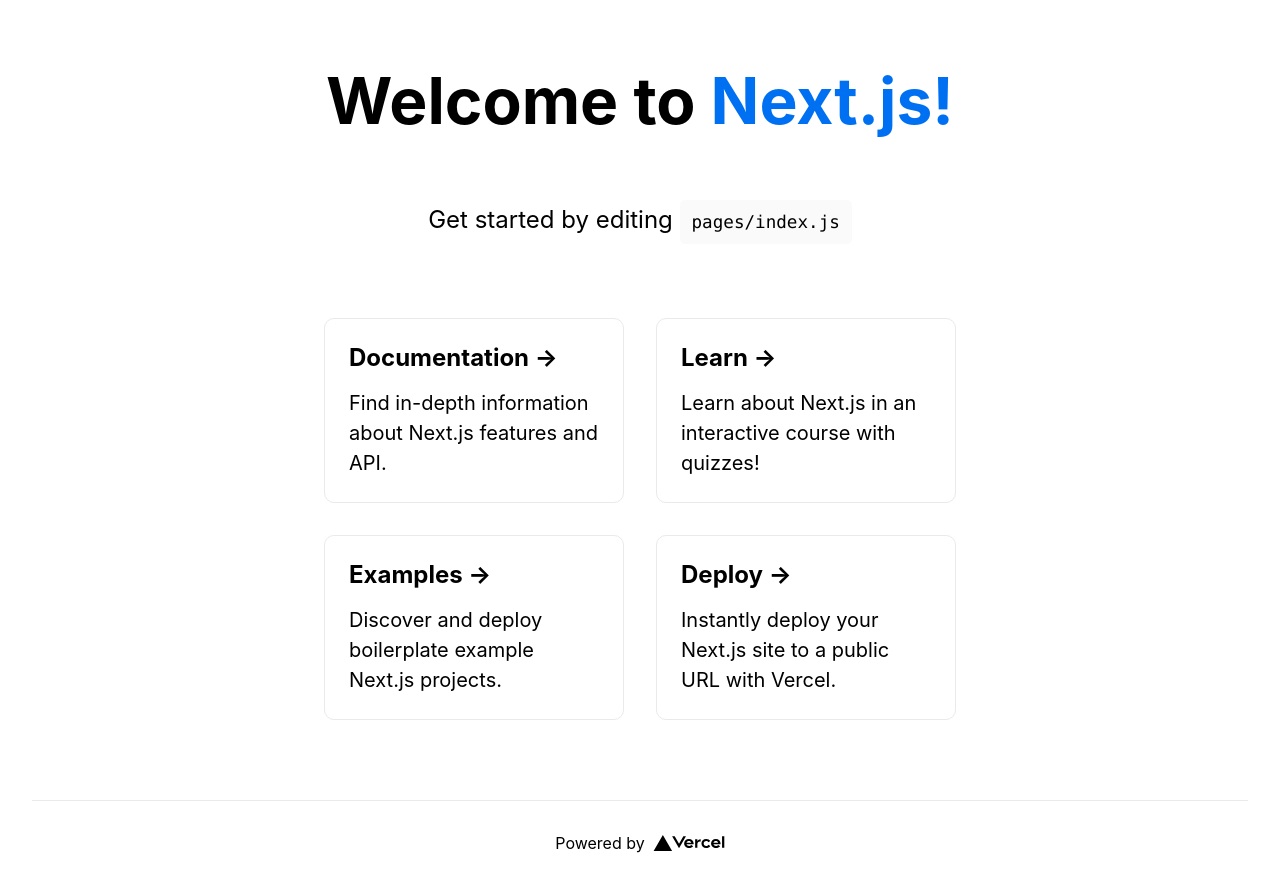
Repository: rayner-villalba-coderoad-com/spotify-clone
Page: /
An editor plug-in stored every save of this project. The page is shown before and after the next save, followed by the edit.
The browser window is 1280 px wide. The pictures show the whole page.
The project was rebuilt for these pictures with package versions that can differ from the ones it lists, and the page was loaded fresh each time. The framework's server and built-in components were replaced by stand-ins that run in the browser. Also part of the build but not shown: next.config.js.

Above is the page before, as saved 2022-01-03 17:08:25.

### pages/_app.tsx
import {ChakraProvider, extendTheme} from '@chakra-ui/react';
import '../styles/globals.css'

const  MyApp = ({ Component, pageProps }) => {
  return <Component {...pageProps} />
}

export default MyApp

### pages/index.tsx
import Head from 'next/head'
import Image from 'next/image'
import styles from '../styles/Home.module.css'

const Home = () => {
  return (
    <div className={styles.container}>
      <Head>
        <title>Create Next App</title>
        <meta name="description" content="Generated by create next app" />
        <link rel="icon" href="/favicon.ico" />
      </Head>

      <main className={styles.main}>
        <h1 className={styles.title}>
          Welcome to <a href="https://nextjs.org">Next.js!</a>
        </h1>

        <p className={styles.description}>
          Get started by editing{' '}
          <code className={styles.code}>pages/index.js</code>
        </p>

        <div className={styles.grid}>
          <a href="https://nextjs.org/docs" className={styles.card}>
            <h2>Documentation &rarr;</h2>
            <p>Find in-depth information about Next.js features and API.</p>
          </a>

          <a href="https://nextjs.org/learn" className={styles.card}>
            <h2>Learn &rarr;</h2>
            <p>Learn about Next.js in an interactive course with quizzes!</p>
          </a>

          <a
            href="https://github.com/vercel/next.js/tree/master/examples"
            className={styles.card}
          >
            <h2>Examples &rarr;</h2>
            <p>Discover and deploy boilerplate example Next.js projects.</p>
          </a>

          <a
            href="https://vercel.com/new?utm_source=create-next-app&utm_medium=default-template&utm_campaign=create-next-app"
            className={styles.card}
          >
            <h2>Deploy &rarr;</h2>
            <p>
              Instantly deploy your Next.js site to a public URL with Vercel.
            </p>
          </a>
        </div>
      </main>

      <footer className={styles.footer}>
        <a
          href="https://vercel.com?utm_source=create-next-app&utm_medium=default-template&utm_campaign=create-next-app"
          target="_blank"
          rel="noopener noreferrer"
        >
          Powered by{' '}
          <span className={styles.logo}>
            <Image src="/vercel.svg" alt="Vercel Logo" width={72} height={16} />
          </span>
        </a>
      </footer>
    </div>
  )
};

export default Home;

Loaded but not shown: styles/globals.css (common file); styles/Home.module.css (common file)

After the next save:
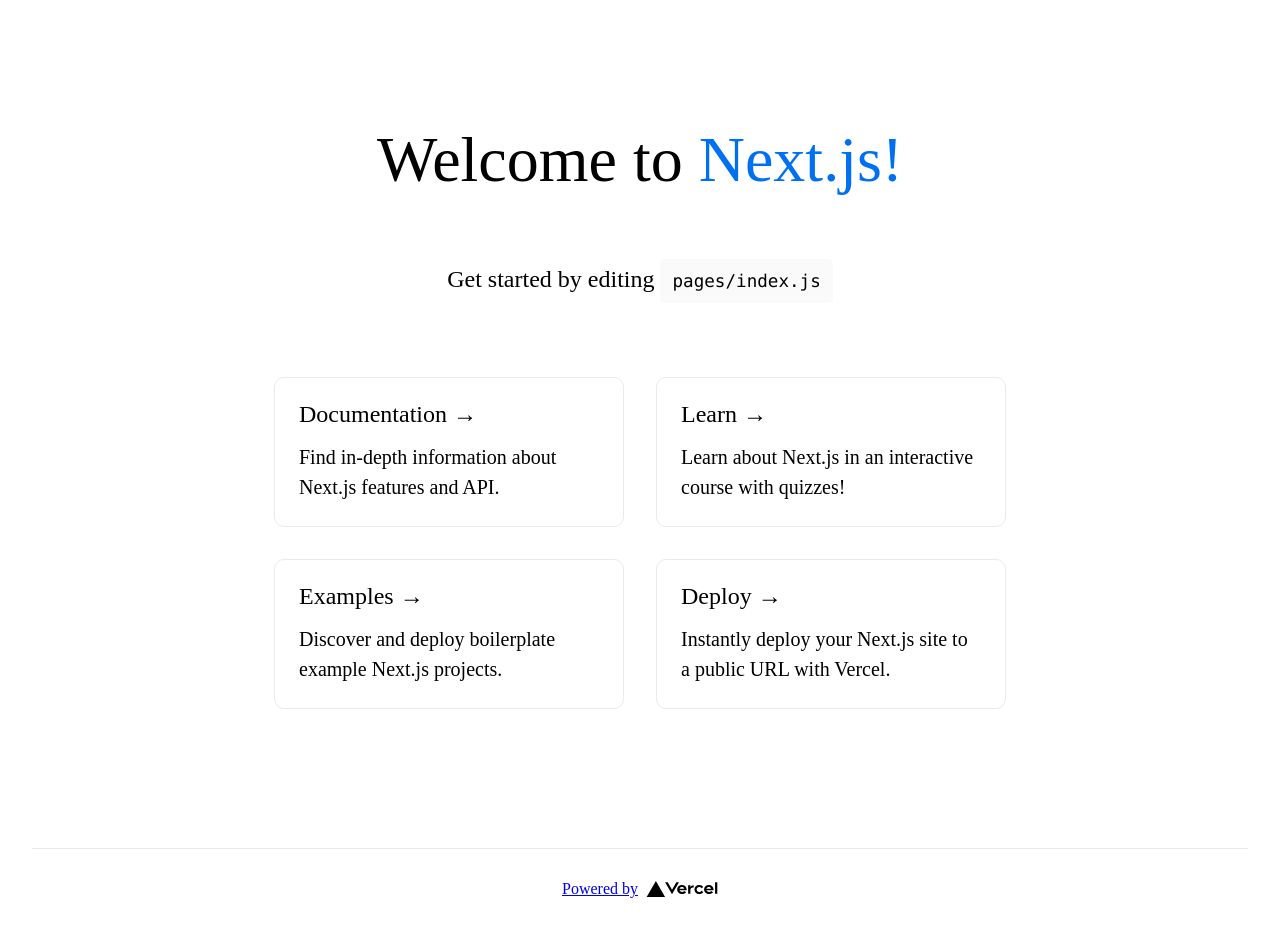
Saved 47 s later.
--- a/pages/_app.tsx
+++ b/pages/_app.tsx
@@ -1,5 +1,5 @@
 import {ChakraProvider, extendTheme} from '@chakra-ui/react';
-import '../styles/globals.css'
+import 'reset-css';
 
 const  MyApp = ({ Component, pageProps }) => {
   return <Component {...pageProps} />
